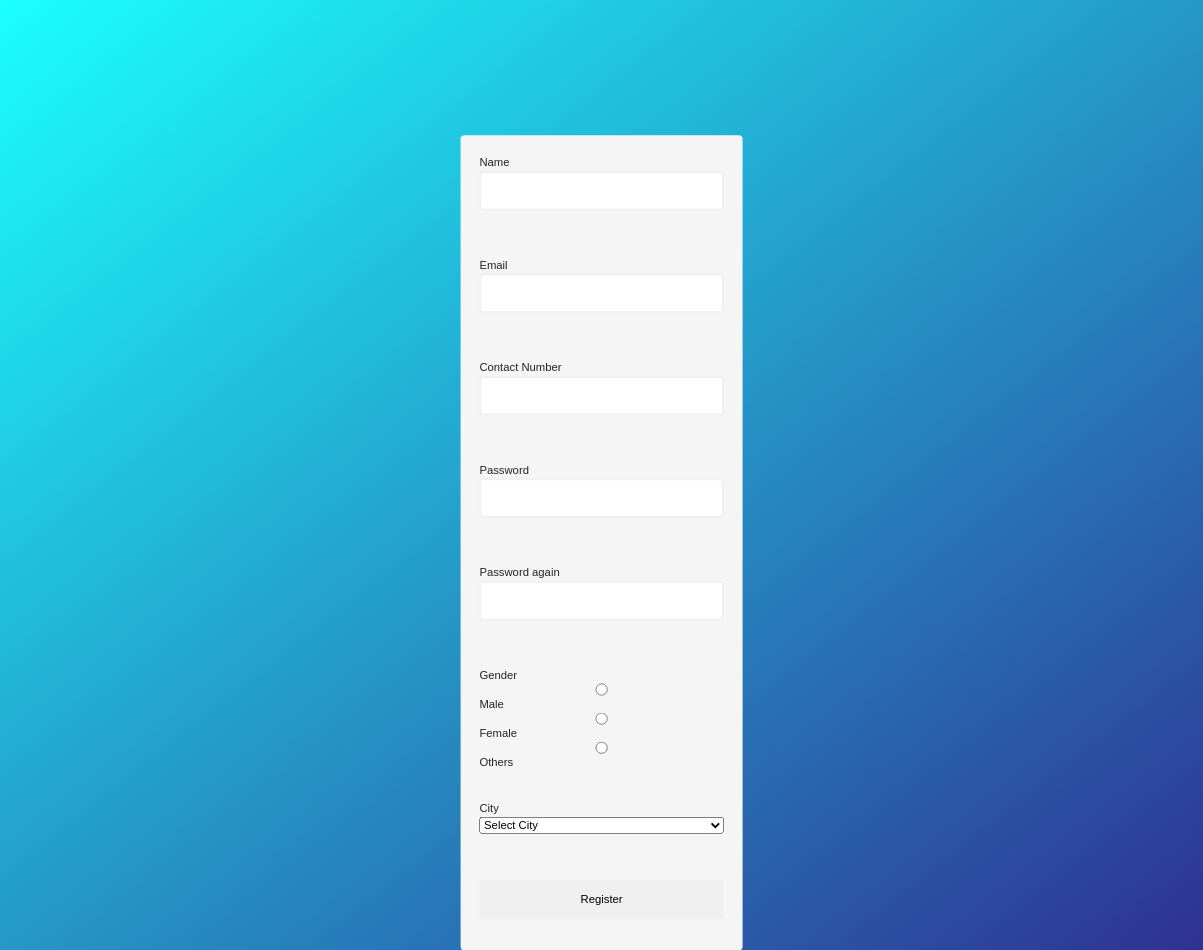
Repository: MD-1107/ISS_Assignment
Page: http://localhost/DemoRegisterLogin/Register
These files come from the project's save history. The page is drawn as it stood at one moment and after the next save; the edit follows.
The browser window is 1280 px wide. The pictures show the whole page, at 94% of full size.
The page is served by Tomcat 9. Other server files are loaded and not shown.

Above is the page before, as saved 2024-01-03 12:15:24.

### INTEGRATING CLIENT SIDE PROGRAMMING/DemoRegisterLogin/src/main/webapp/register.jsp
<%@ page language="java" contentType="text/html; charset=UTF-8"
    pageEncoding="UTF-8"%>
<!DOCTYPE html>
<html>
<head>
<meta charset="UTF-8">
<title>Insert title here</title>
 <link href="https://cdn.jsdelivr.net/npm/bootstrap@5.3.2/dist/css/bootstrap.min.css" rel="stylesheet" integrity="sha384-T3c6CoIi6uLrA9TneNEoa7RxnatzjcDSCmG1MXxSR1GAsXEV/Dwwykc2MPK8M2HN" crossorigin="anonymous">
 <script src="https://cdn.jsdelivr.net/npm/bootstrap@5.3.2/dist/js/bootstrap.bundle.min.js" integrity="sha384-C6RzsynM9kWDrMNeT87bh95OGNyZPhcTNXj1NW7RuBCsyN/o0jlpcV8Qyq46cDfL" crossorigin="anonymous"></script>
 <script src="script.js"></script>
 <link rel="stylesheet" href="style.css">
</head>
<body>
<div class="container">
<form id="form" name="registerForm" action="Register" method="post">

<div class="input-control">
<label for="name">Name</label>
<input type="text" id="name" name="name"/>
<br/> <br/>
<div class="error"></div>
</div>

<div class="input-control">
<label for="email">Email</label>
<input type="email" id="email" name="email"/>
<br/> <br/>
<div class="error"></div>
</div>


<div class="input-control">
<label for="contact">Contact Number</label>
<input type="text" id="contact" name="contact"/>
<br/> <br/>
<div class="error"></div>
</div>


<div class="input-control">
<label for="password">Password</label>
<input type="password" id="password" name="password"/>
<br/> <br/>
<div class="error"></div>
</div>

<div class="input-control">
<label for="password2">Password again</label>
<input type="password" id="password2" name="password2"/>
<br/> <br/>
<div class="error"></div>
</div>

<div class="input-control">
<label for="gender">Gender</label>
<input type="radio" id="gender" name="gender"/> Male<input type="radio" name="gender">Female<input type="radio" name="gender">Others
<br/> <br/>
<div class="error"></div>
</div>

<div class="input-control">
<label for="city">City</label>
<select name="city" id="city">
          <option> Select City </option>
          <option> Delhi </option>
          <option> Mumbai </option>
          <option> Pune </option>
          <option> Bengalore </option>
</select>
<br/> <br/>
<div class="error"></div>
</div>

<div class="input-control">
    <input type="submit" value="Register" />
<div class="error"></div>
</div>
</form>
</div>
</body>
</html>

### INTEGRATING CLIENT SIDE PROGRAMMING/DemoRegisterLogin/src/main/java/in/sp/backend/Register.java
package in.sp.backend;

import java.io.IOException;
import java.io.PrintWriter;
import java.sql.Connection;
import java.sql.DriverManager;
import java.sql.PreparedStatement;

import javax.servlet.RequestDispatcher;
import javax.servlet.ServletException;
import javax.servlet.annotation.WebServlet;
import javax.servlet.http.HttpServlet;
import javax.servlet.http.HttpServletRequest;
import javax.servlet.http.HttpServletResponse;

/**
 * Servlet implementation class Register
 */
@WebServlet("/Register")
public class Register extends HttpServlet {
	private static final long serialVersionUID = 1L;

    /**
     * @see HttpServlet#HttpServlet()
     */
    public Register() {
        super();
        // TODO Auto-generated constructor stub
    }

	/**
	 * @see HttpServlet#doGet(HttpServletRequest request, HttpServletResponse response)
	 */
	protected void doGet(HttpServletRequest request, HttpServletResponse response) throws ServletException, IOException {
		// TODO Auto-generated method stub
		RequestDispatcher dispatcher = request.getRequestDispatcher("/register.jsp");
        dispatcher.forward(request, response);
	}

	/**
	 * @see HttpServlet#doPost(HttpServletRequest request, HttpServletResponse response)
	 */
	protected void doPost(HttpServletRequest request, HttpServletResponse response) throws ServletException, IOException {
		// TODO Auto-generated method stub

		PrintWriter out= response.getWriter();

		String myName=request.getParameter("name");
		String myEmail=request.getParameter("email");
		String myContact=request.getParameter("contact");
		String myPassword=request.getParameter("password");
		String myGender=request.getParameter("gender");
		String myCity=request.getParameter("city");

		try
		{
			Class.forName("com.mysql.cj.jdbc.Driver");

			String DB_URL = "jdbc:mysql://localhost:3306/iss_practice";
			String USER = "root";
			String PASS = "Maanu1107%";

			Connection connection=DriverManager.getConnection(DB_URL,USER,PASS);

			PreparedStatement ps=connection.prepareStatement("insert into register values(?,?,?,?,?,?);");

			ps.setString(1, myName);
			ps.setString(2, myEmail);
			ps.setString(3, myContact);
			ps.setString(4, myPassword);
			ps.setString(5, myGender);
			ps.setString(6, myCity);


			int count=ps.executeUpdate();

			if(count>0)
			{
				response.setContentType("text/html");
				out.print("<h3 style='color:green'> User registerd successfully</h3>");
				RequestDispatcher rd= request.getRequestDispatcher("/login.jsp");
				rd.include(request, response);
			}
			else
			{
				response.setContentType("text/html");
				out.print("<h3 style='color:red'> User not registerd successfully</h3>");
				RequestDispatcher rd= request.getRequestDispatcher("/register.jsp");
				rd.include(request, response);
			}


		}
		catch (Exception e)
		{
			System.out.println(e);
		}

	}

}

### INTEGRATING CLIENT SIDE PROGRAMMING/DemoRegisterLogin/src/main/webapp/script.js
document.addEventListener('DOMContentLoaded', function () {
    const form = document.forms['registerForm'];
    const name = form['name'];
    const email = form['email'];
    const contact = form['contact'];
    const password = form['password'];
    const password2 = form['password2'];
    const gender = form['gender'];
    const city = form['city'];

    form.addEventListener('submit', function (e) {
        e.preventDefault();
        validateInputs();

        if (form.querySelectorAll('.success').length === form.length - 1) {

            window.location.href = '/Login';
        }
    });

    const setError = function (element, message) {
    const inputControl = element.parentElement;
    const errorDisplay = inputControl.querySelector('.error');

    errorDisplay.innerText = message;
    inputControl.classList.add('error');
    inputControl.classList.remove('success');
   };

    const setSuccess = function (element) {
    const inputControl = element.parentElement;
    const errorDisplay = inputControl.querySelector('.error');

    errorDisplay.innerText = '';
    inputControl.classList.add('success');
    inputControl.classList.remove('error');
    };


    const isValidEmail = function (email) {
        const emailFormat = /^(([^<>()[\]\\.,;:\s@"]+(\.[^<>()[\]\\.,;:\s@"]+)*)|(".+"))@((\[[0-9]{1,3}\.[0-9]{1,3}\.[0-9]{1,3}\.[0-9]{1,3}\])|(([a-zA-Z\-0-9]+\.)+[a-zA-Z]{2,}))$/;
        return emailFormat.test(String(email).toLowerCase());
    };

    const validateInputs = function () {
        const nameValue = name.value.trim();
        const emailValue = email.value.trim();
        const contactValue = contact.value.trim();
        const passwordValue = password.value.trim();
        const password2Value = password2.value.trim();
        const genderValue = gender.value;
        const cityValue = city.value;

        if (nameValue === '') {
            setError(name, 'Username is Required');
        } else {
            setSuccess(name);
        }

        if (emailValue === '') {
            setError(email, 'Email is Required');
        } else if (!isValidEmail(emailValue)) {
            setError(email, 'Valid Email is required');
        } else {
            setSuccess(email);
        }

        if (contactValue === '') {
            setError(contact, 'Contact Number is Required');
        } else if (contactValue.length !== 10) {
            setError(contact, 'Provide Valid Contact Number');
        } else {
            setSuccess(contact);
        }

        if (passwordValue === '') {
            setError(password, 'Password is Required');
        } else if (passwordValue.length < 8) {
            setError(password, 'Password should be at least 8 characters');
        } else {
            setSuccess(password);
        }

        if (password2Value === '') {
            setError(password2, 'Please confirm your password');
        } else if (password2Value !== passwordValue) {
            setError(password2, 'The passwords do not match');
        } else {
            setSuccess(password2);
        }

        if (!genderValue) {
            setError(gender, 'Please select a gender');
        } else {
            setSuccess(gender);
        }

        if (cityValue === 'Select City') {
            setError(city, 'Please select a city');
        } else {
            setSuccess(city);
        }
    };
});

### INTEGRATING CLIENT SIDE PROGRAMMING/DemoRegisterLogin/src/main/webapp/style.css
@charset "UTF-8";
body {
    background: linear-gradient(to left top, #2E3192,#1BFFFF);
    font-family: 'Poppins', sans-serif;
}

#form {
    width: 300px;
    margin: 20vh auto 0 auto;
    padding: 20px;
    background-color: whitesmoke;
    border-radius: 4px;
    font-size: 12px;
}

#form h1 {
    color: #0f2027;
    text-align: center;
}

#form button {
    padding: 10px;
    margin-top: 10px;
    width: 100%;
    color: white;
    background-color: rgb(41, 57, 194);
    border: none;
    border-radius: 4px;
}

.input-control {
    display: flex;
    flex-direction: column;
}

.input-control input {
    border: 2px solid #f0f0f0;
	border-radius: 4px;
	display: block;
	font-size: 12px;
	padding: 10px;
	width: 100%;
}

.input-control input:focus {
    outline: 0;
}

.input-control.success input {
    border-color: #09c372;
}

.input-control.error input {
    border-color: #ff3860;
}

.input-control .error {
    color: #ff3860;
    font-size: 9px;
    height: 13px;
}

After the next save:
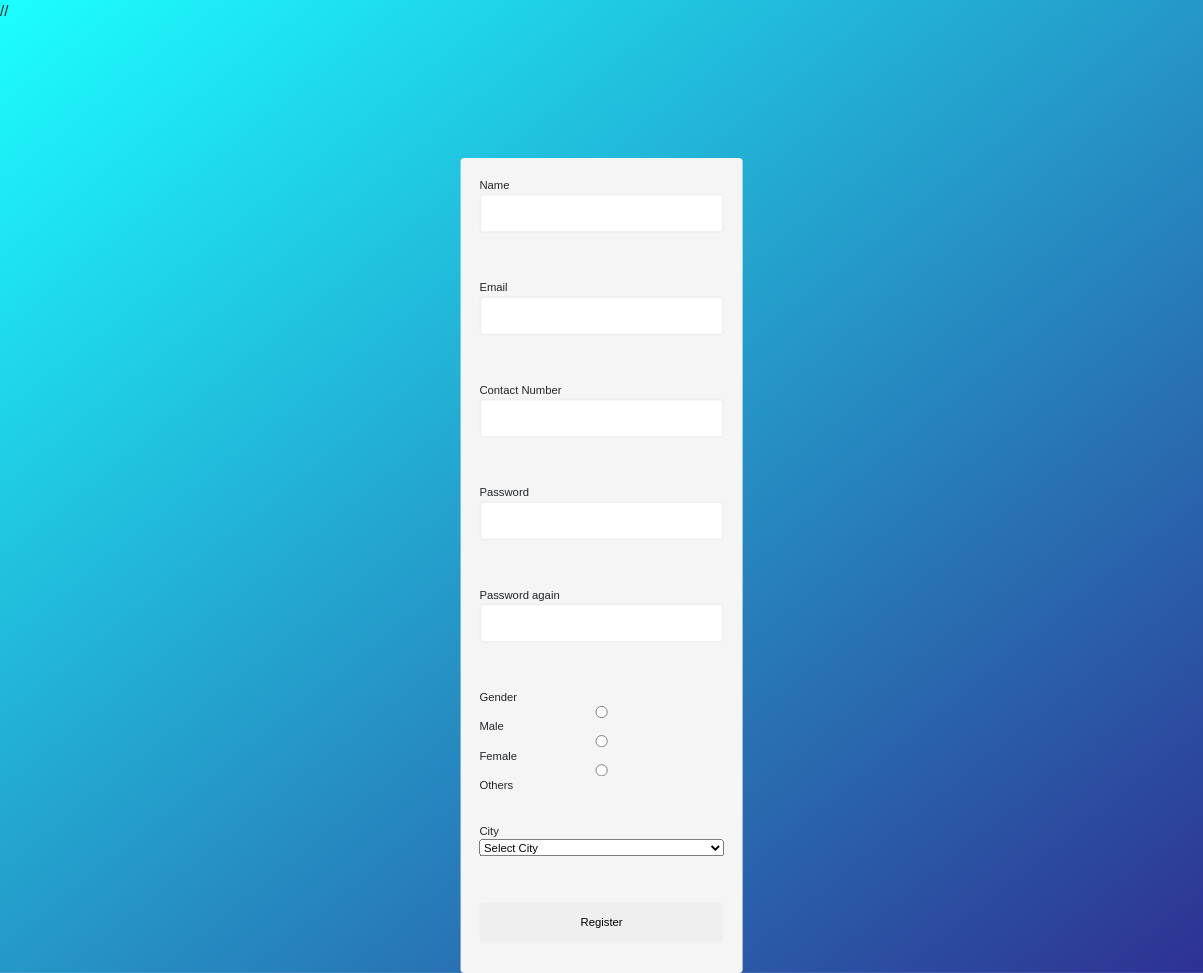
Saved 89 s later.
--- a/INTEGRATING CLIENT SIDE PROGRAMMING/DemoRegisterLogin/src/main/webapp/register.jsp
+++ b/INTEGRATING CLIENT SIDE PROGRAMMING/DemoRegisterLogin/src/main/webapp/register.jsp
@@ -8,7 +8,7 @@
  <link href="https://cdn.jsdelivr.net/npm/bootstrap@5.3.2/dist/css/bootstrap.min.css" rel="stylesheet" integrity="sha384-T3c6CoIi6uLrA9TneNEoa7RxnatzjcDSCmG1MXxSR1GAsXEV/Dwwykc2MPK8M2HN" crossorigin="anonymous">
  <script src="https://cdn.jsdelivr.net/npm/bootstrap@5.3.2/dist/js/bootstrap.bundle.min.js" integrity="sha384-C6RzsynM9kWDrMNeT87bh95OGNyZPhcTNXj1NW7RuBCsyN/o0jlpcV8Qyq46cDfL" crossorigin="anonymous"></script>
  <script src="script.js"></script>
- <link rel="stylesheet" href="style.css">
+ //<link rel="stylesheet" href="style.css">
 </head>
 <body>
 <div class="container">
